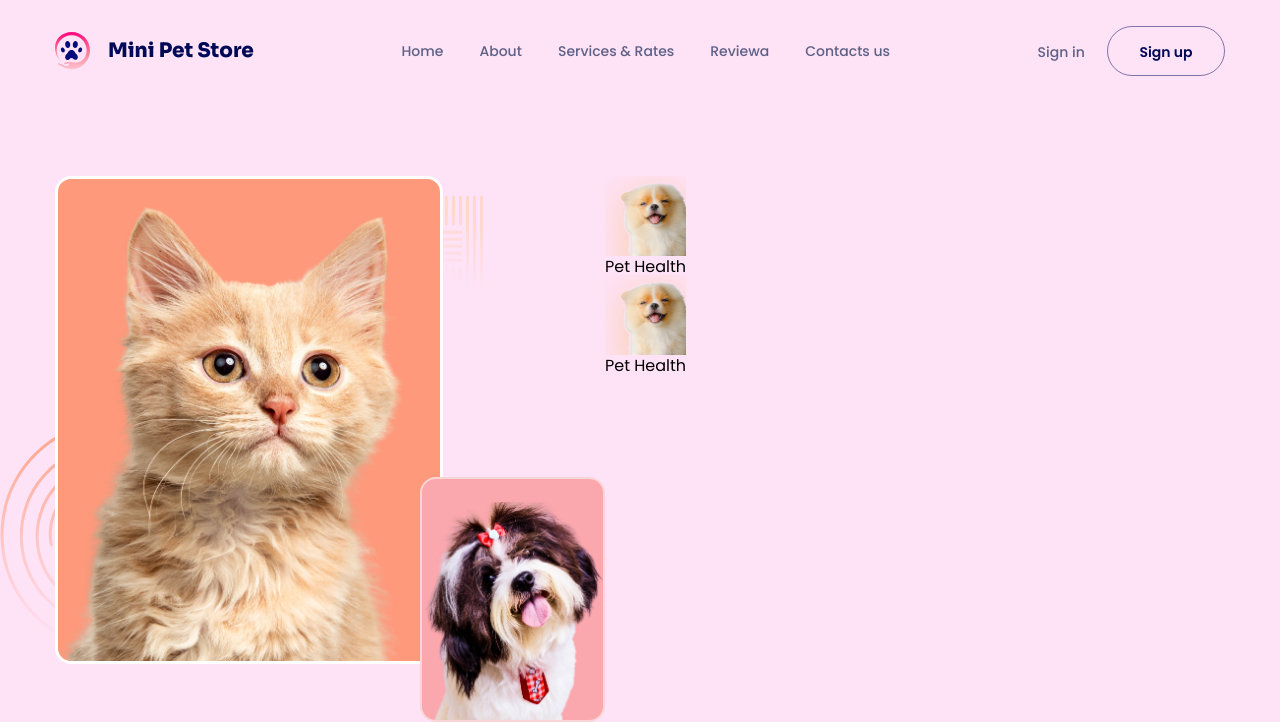
Repository: Tran-Dat/ASM-HTML5-F8-04
Page: index.html
The author's editor kept a copy of each file at every save. The page is drawn from the files as they stood at one save, then again after the next save.
The browser window is 1280 px wide. The pictures show the whole page.

Above is the page before, as saved 2023-06-12 16:19:39.

### index.html
<!DOCTYPE html>
<html lang="en">
    <head>
        <meta charset="UTF-8" />
        <meta name="viewport" content="width=device-width, initial-scale=1.0" />
        <title>PS27621-TranTanDat-ASM</title>

        <!-- favicon -->
        <link
            rel="apple-touch-icon"
            sizes="57x57"
            href="./assets/favicon/apple-icon-57x57.png"
        />
        <link
            rel="apple-touch-icon"
            sizes="60x60"
            href="./assets/favicon/apple-icon-60x60.png"
        />
        <link
            rel="apple-touch-icon"
            sizes="72x72"
            href="./assets/favicon/apple-icon-72x72.png"
        />
        <link
            rel="apple-touch-icon"
            sizes="76x76"
            href="./assets/favicon/apple-icon-76x76.png"
        />
        <link
            rel="apple-touch-icon"
            sizes="114x114"
            href="./assets/favicon/apple-icon-114x114.png"
        />
        <link
            rel="apple-touch-icon"
            sizes="120x120"
            href="./assets/favicon/apple-icon-120x120.png"
        />
        <link
            rel="apple-touch-icon"
            sizes="144x144"
            href="./assets/favicon/apple-icon-144x144.png"
        />
        <link
            rel="apple-touch-icon"
            sizes="152x152"
            href="./assets/favicon/apple-icon-152x152.png"
        />
        <link
            rel="apple-touch-icon"
            sizes="180x180"
            href="./assets/favicon/apple-icon-180x180.png"
        />
        <link
            rel="icon"
            type="image/png"
            sizes="192x192"
            href="./assets/favicon/android-icon-192x192.png"
        />
        <link
            rel="icon"
            type="image/png"
            sizes="32x32"
            href="./assets/favicon/favicon-32x32.png"
        />
        <link
            rel="icon"
            type="image/png"
            sizes="96x96"
            href="./assets/favicon/favicon-96x96.png"
        />
        <link
            rel="icon"
            type="image/png"
            sizes="16x16"
            href="./assets/favicon/favicon-16x16.png"
        />
        <link rel="manifest" href="./assets/favicon/manifest.json" />
        <meta name="msapplication-TileColor" content="#ffffff" />
        <meta
            name="msapplication-TileImage"
            content="./assets/favicon/ms-icon-144x144.png"
        />
        <meta name="theme-color" content="#ffffff" />

        <!-- reset css -->
        <link rel="stylesheet" href="./assets/css/reset.css" />

        <!-- Font gg -->
        <link rel="preconnect" href="https://fonts.googleapis.com" />
        <link rel="preconnect" href="https://fonts.gstatic.com" crossorigin />
        <link
            href="https://fonts.googleapis.com/css2?family=Poppins:wght@300;400;500;600&family=Sora:wght@600;700;800&display=swap"
            rel="stylesheet"
        />

        <!-- styles css -->
        <link rel="stylesheet" href="./assets/css/styles.css" />
    </head>
    <body>
        <!-- Header -->
        <header class="header">
            <div class="container">
                <div class="header__inner">
                    <!-- Logo -->
                    <div class="header-logo">
                        <img src="./assets/img/logo.svg" alt="" class="logo" />
                        <h1 class="header-logo__title">
                            <a href="#!">Mini Pet Store</a>
                        </h1>
                    </div>

                    <!-- navbar -->
                    <nav class="navbar">
                        <ul class="navbar__list">
                            <li class="navbar__item">
                                <a href="#" class="navbar__link">Home</a>
                            </li>
                            <li class="navbar__item">
                                <a href="#" class="navbar__link">About</a>
                            </li>
                            <li class="navbar__item">
                                <a href="#" class="navbar__link"
                                    >Services & Rates</a
                                >
                            </li>
                            <li class="navbar__item">
                                <a href="#" class="navbar__link">Reviewa</a>
                            </li>
                            <li class="navbar__item">
                                <a href="#" class="navbar__link">Contacts us</a>
                            </li>
                        </ul>
                    </nav>

                    <!-- header action -->
                    <div class="header-action">
                        <a href="" class="header-action__link">Sign in</a>
                        <a href="" class="btn header-action__btn">Sign up</a>
                    </div>
                </div>
            </div>
        </header>

        <!-- Hero -->
        <section class="hero">
            <div class="container">
                <div class="hero__inner">
                    <!-- hero media -->
                    <div class="hero__media">
                        <!-- pet-01 -->
                        <div class="hero__img-wrap">
                            <img
                                src="./assets/img/pet-01.png"
                                alt=""
                                class="hero__img"
                            />

                            <!-- Decorators -->
                            <img
                                src="./assets/img/decor-01.svg"
                                alt=""
                                class="hero__decor hero__decor-left"
                            />
                            <img
                                src="./assets/img/decor-02.svg"
                                alt=""
                                class="hero__decor hero__decor-right"
                            />
                        </div>

                        <!-- Pet-02 -->
                        <div class="hero__img-wrap hero__img-wrap-small">
                            <img
                                src="./assets/img/pet-02.png"
                                alt=""
                                class="hero__img hero__img-small"
                            />
                        </div>

                        <div class="hero__list">
                            <!-- hero list item 1 -->
                            <div class="hero-list-item">
                                <img
                                    src="./assets/img/pet-03.png"
                                    alt=""
                                    class="hero-list-item__thumb"
                                />

                                <div class="hero-list-item__info">
                                    <p class="hero-list-item__title">
                                        Pet Health
                                    </p>
                                    <div class="hero-list-item__skeleton"></div>
                                    <div class="hero-list-item__skeleton"></div>
                                </div>
                            </div>

                            <!-- hero list item 2 -->
                            <div class="hero-list-item">
                                <img
                                    src="./assets/img/pet-03.png"
                                    alt=""
                                    class="hero-list-item__thumb"
                                />

                                <div class="hero-list-item__info">
                                    <p class="hero-list-item__title">
                                        Pet Health
                                    </p>
                                    <div class="hero-list-item__skeleton"></div>
                                    <div class="hero-list-item__skeleton"></div>
                                </div>
                            </div>
                        </div>
                    </div>

                    <!-- hero content -->
                    <section class="hero__content"></section>
                </div>
            </div>
        </section>
    </body>
</html>

### assets/css/styles.css
* {
    box-sizing: border-box;
}

html {
    font-size: 62.5%;
}

body {
    font-size: 1.6rem;
    font-family: "Poppins", sans-serif;
    background: #fee2f6;
}

/* ============================ common ============================ */

a {
    text-decoration: none;
}

h1,
h2,
h3,
h4,
h5,
h6 {
    font-family: "Sora", sans-serif;
}

input,
textarea,
select,
button {
    font-size: inherit;
    font-family: inherit;
}

.container {
    width: 1170px;
    max-width: calc(100% - 48px);
    margin: 0 auto;
}

.btn {
    --height: 56px;

    display: inline-block;
    min-width: 130px;
    height: var(--height);
    line-height: var(--height);
    border: 1px solid #00095880;
    border-radius: 99px;

    font-weight: 600;
    font-size: 1.4rem;

    text-align: center;
    color: #000958;
}

.btn:hover {
    opacity: 0.9;
}

/* =============== Header =============== */

.header {
    padding: 26px 0;
}

.header__inner {
    display: flex;
    align-items: center;
    justify-content: space-between;
}

.header-logo {
    display: flex;
    align-items: center;
}

.header-logo__title a {
    padding: 8px 18px;
    font-weight: 800;
    font-size: 20px;
    color: #000958;
}

.navbar__list {
    display: flex;
}

.navbar__link,
.header-action__link {
    padding: 8px 18px;
    font-weight: 500;
    font-size: 1.4rem;
    line-height: 1;
    color: #5e6085;
}

.navbar__link:hover {
    color: #000958;
    text-shadow: 1px 0 0 currentColor;
}

.header-action__btn {
    --height: 50px;

    min-width: 118px;
}

/* =============== Hero =============== */
.hero {
    margin-top: 74px;
}

.hero__inner {
    display: flex;
    align-items: center;
    justify-content: space-between;
}

.hero__media {
    display: flex;
}

.hero__img-wrap {
    position: relative;
    display: flex;
    align-items: flex-end;
    justify-content: center;
    width: 388px;
    height: 488px;
    background: #fe997b;
    border-radius: 16px;
    border: 3px solid #fff;
}

.hero__img {
    max-width: 100%;
    max-height: 100%;
    border-radius: inherit;
}

.hero__decor {
    z-index: -1;
    position: absolute;
}

.hero__decor-left {
    left: -58px;
    bottom: 10px;
}

.hero__decor-right {
    top: 16px;
    right: -43px;
}

.hero__img-wrap-small {
    align-self: flex-end;
    margin: 0 0 -58px -23px;
    width: 185px;
    height: 245px;
    background: #faa7ad;
    border-radius: 16px;
    border: 2px solid #fad5d8;
}

.hero__img-small {
}

Loaded but not shown: assets/css/reset.css (common file)

After the next save:
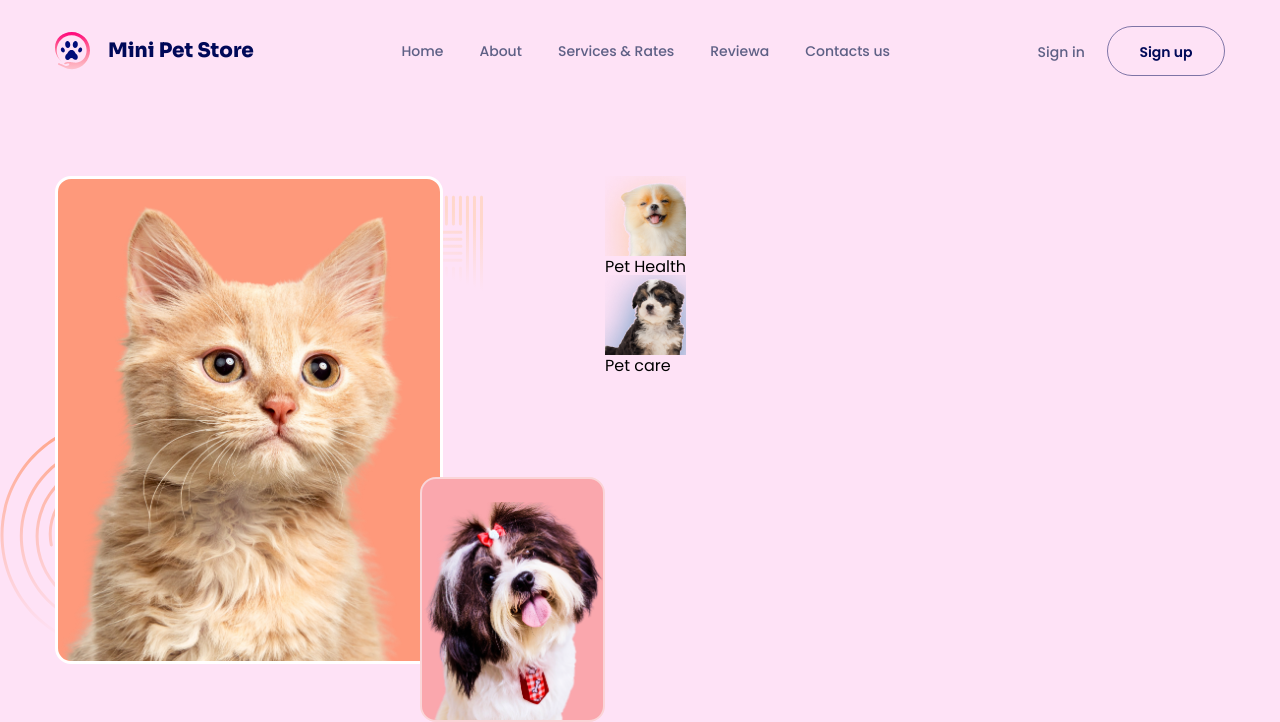
Saved 13 s later.
--- a/index.html
+++ b/index.html
@@ -199,14 +199,14 @@
                             <!-- hero list item 2 -->
                             <div class="hero-list-item">
                                 <img
-                                    src="./assets/img/pet-03.png"
+                                    src="./assets/img/pet-04.png"
                                     alt=""
                                     class="hero-list-item__thumb"
                                 />
 
                                 <div class="hero-list-item__info">
                                     <p class="hero-list-item__title">
-                                        Pet Health
+                                        Pet care
                                     </p>
                                     <div class="hero-list-item__skeleton"></div>
                                     <div class="hero-list-item__skeleton"></div>
